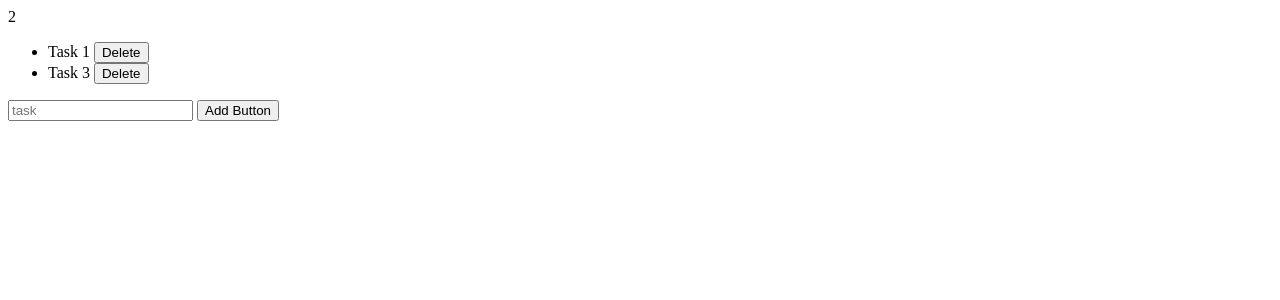
Repository: narendraiitm/jan-2023-term-live-session
Page: todo-vue/index.html
These files come from the project's save history. The page is drawn as it stood at one moment and after the next save; the edit follows.
The browser window is 1280 px wide. The pictures show the whole page.

Above is the page before, as saved 2023-02-16 16:35:23.

After the next save:
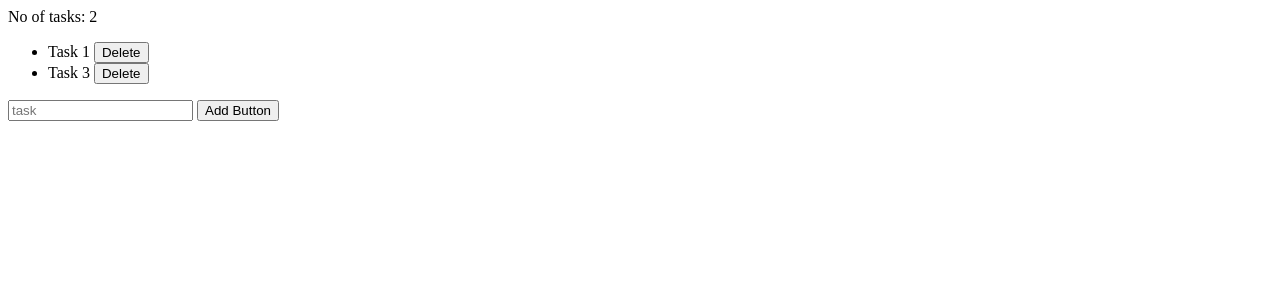
Saved 83 s later.
--- a/todo-vue/app.js
+++ b/todo-vue/app.js
@@ -2,7 +2,7 @@ new Vue({
   // options object
   el: '#app',
   template: `<div>
-  <div> {{noOfTasks}} </div>
+  <div> No of tasks: {{noOfTasks}} </div>
   <ul>
     <li v-for='(task, index) in tasks'>
         <span>{{task.name}}</span>
